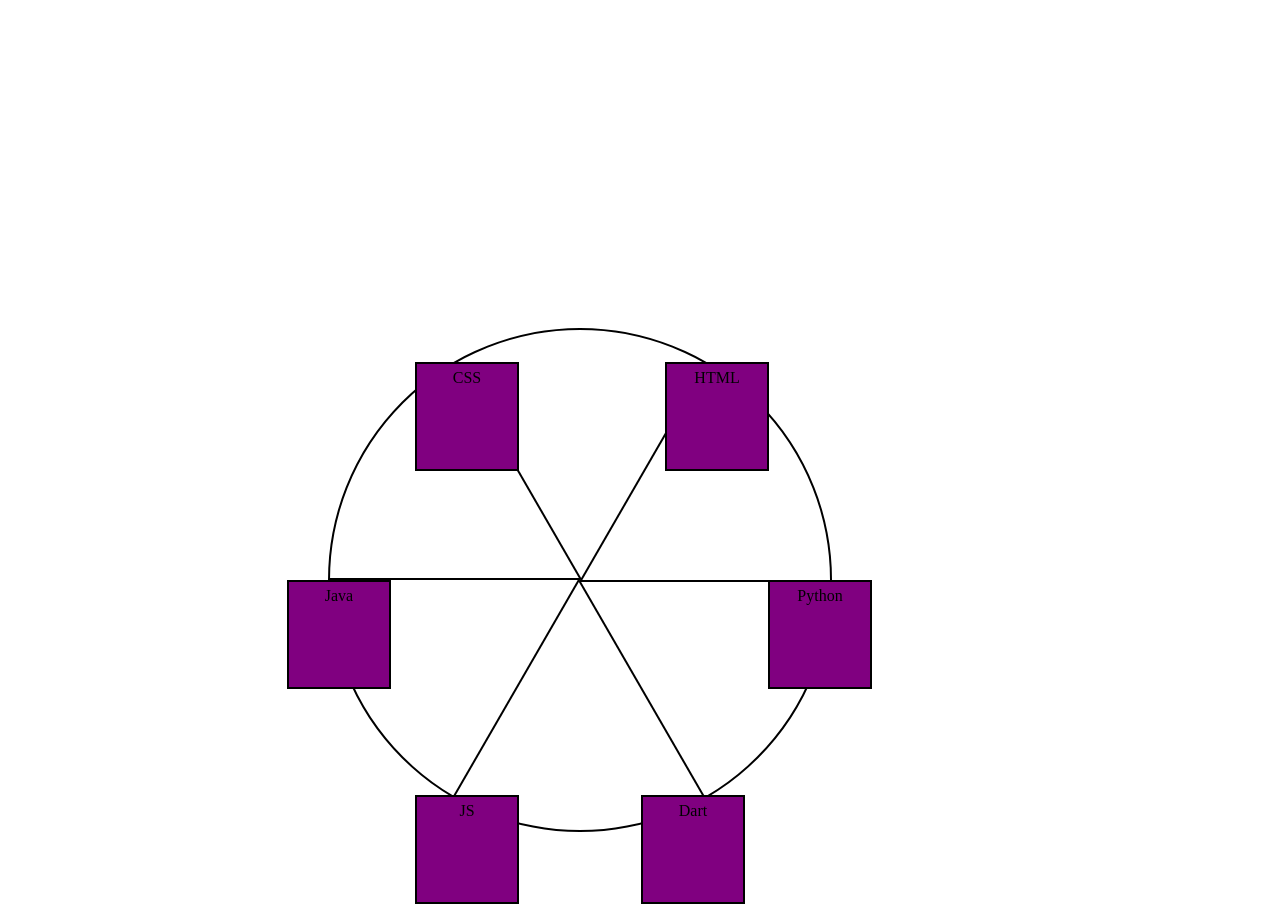
Repository: Lungdjos/ferris_wheel
Page: index.html
The author's editor kept a copy of each file at every save. The page is drawn from the files as they stood at one save, then again after the next save.
The browser window is 1280 px wide. The pictures show the whole page.

Above is the page before, as saved 2024-01-12 11:10:13.

### index.html
<!DOCTYPE html>
<html lang="en">

<head>
    <meta charset="UTF-8">
    <meta name="viewport" content="width=device-width, initial-scale=1.0">
    <title>Ferris Wheel</title>
    <link rel="stylesheet" href="./styles.css">
</head>

<body>
    <div class="wheel">
        <span class="line"></span>
        <span class="line"></span>
        <span class="line"></span>
        <span class="line"></span>
        <span class="line"></span>
        <span class="line"></span>
        <div class="cabin">Java</div>
        <div class="cabin">CSS</div>
        <div class="cabin">HTML</div>
        <div class="cabin">Python</div>
        <div class="cabin">Dart</div>
        <div class="cabin">JS</div>
    </div>

</body>

</html>

### styles.css
    body {
        /* align-items: center; */
        justify-content: center;
    }
    /* styling for the wheel */

    .wheel {
        border: 2px solid black;
        border-radius: 50%;
        margin: 25%;
        position: absolute;
        height: 55vw;
        width: 55vw;
        max-width: 500px;
        max-height: 500px;
        animation-name: wheel;
        animation-duration: 10s;
        animation-iteration-count: infinite;
        animation-timing-function: linear;
    }
    /* styling for the line */

    .line {
        background-color: black;
        height: 2px;
        width: 50%;
        top: 50%;
        left: 50%;
        position: absolute;
        transform-origin: 0% 0%;
    }

    .line:nth-of-type(2) {
        transform: rotate(60deg);
    }

    .line:nth-of-type(3) {
        transform: rotate(120deg);
    }

    .line:nth-of-type(4) {
        transform: rotate(180deg);
    }

    .line:nth-of-type(5) {
        transform: rotate(240deg);
    }

    .line:nth-of-type(6) {
        transform: rotate(-60deg);
    }
    /* styling for the cabin */

    .cabin {
        background-color: red;
        width: 20%;
        height: 20%;
        border: 2px solid;
        position: absolute;
        transform-origin: 50% 0%;
        animation: cabins 10s ease-in-out infinite;
        text-align: center;
        align-items: center;
        padding-top: 1%;
    }

    .cabin:nth-of-type(1) {
        right: -8.5%;
        top: 50%;
    }

    .cabin:nth-of-type(2) {
        right: 17%;
        top: 93.5%;
        background-color: orangered;
    }

    .cabin:nth-of-type(3) {
        right: 67%;
        top: 93.5%;
        background-color: orange;
    }

    .cabin:nth-of-type(4) {
        left: -8.5%;
        top: 50%;
        background-color: blueviolet;
    }

    .cabin:nth-of-type(5) {
        left: 17%;
        top: 7%;
        background-color: plum;
    }

    .cabin:nth-of-type(6) {
        right: 17%;
        top: 7%;
        background-color: purple;
    }
    /* animation styling */
    /* animation for the wheel */

    @keyframes wheel {
        0% {
            transform: rotate(0deg);
        }
        100% {
            transform: rotate(360deg);
        }
    }
    /* animation for the cabins */

    @keyframes cabins {
        0% {
            transform: rotate(0deg);
        }
        25% {
            background-color: yellowgreen;
        }
        50% {
            background-color: purple;
        }
        75% {
            background-color: brown;
        }
        100% {
            transform: rotate(-360deg);
        }
    }

After the next save:
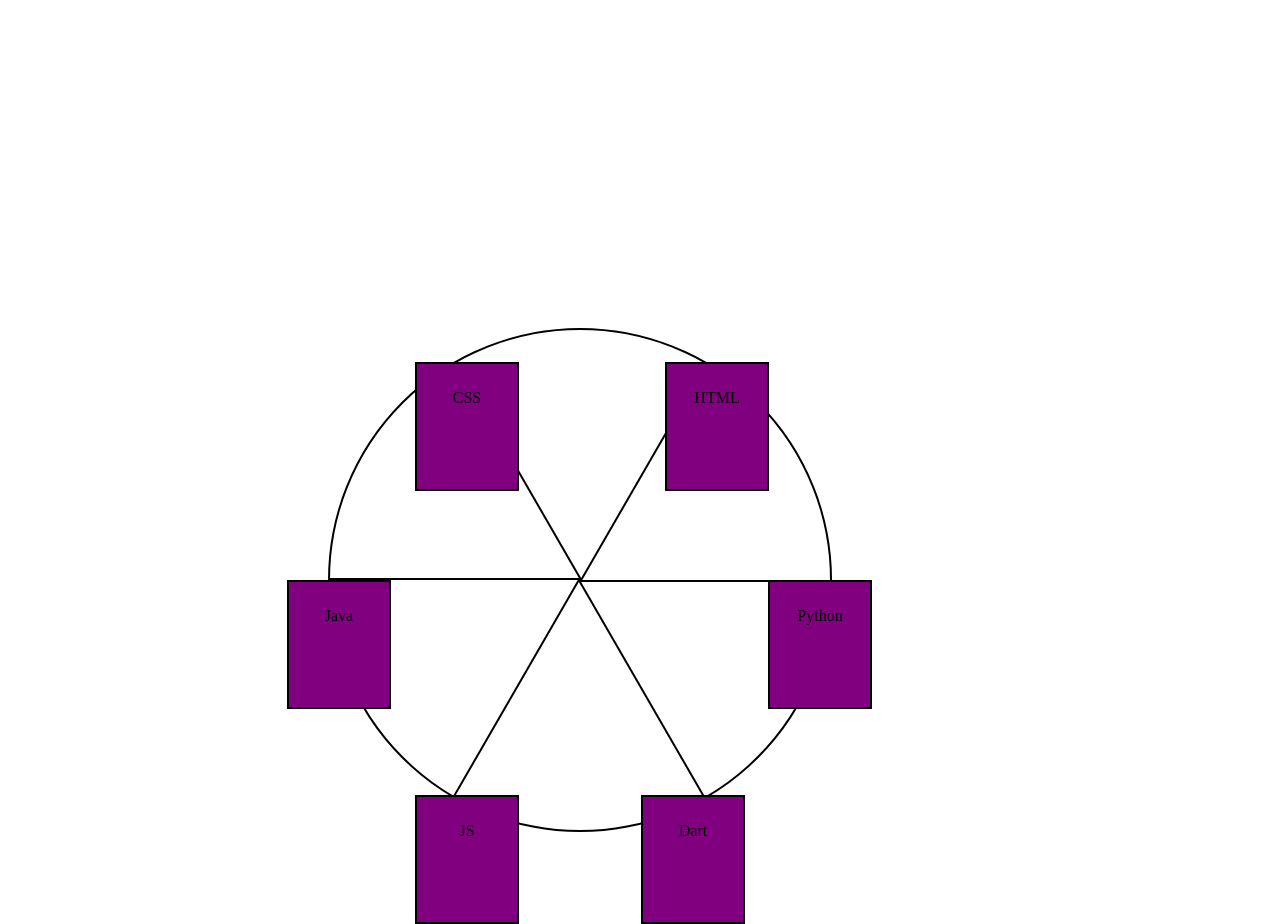
Saved 22 s later.
--- a/styles.css
+++ b/styles.css
@@ -61,7 +61,7 @@
         animation: cabins 10s ease-in-out infinite;
         text-align: center;
         align-items: center;
-        padding-top: 1%;
+        padding-top: 5%;
     }
 
     .cabin:nth-of-type(1) {

After the save that followed:
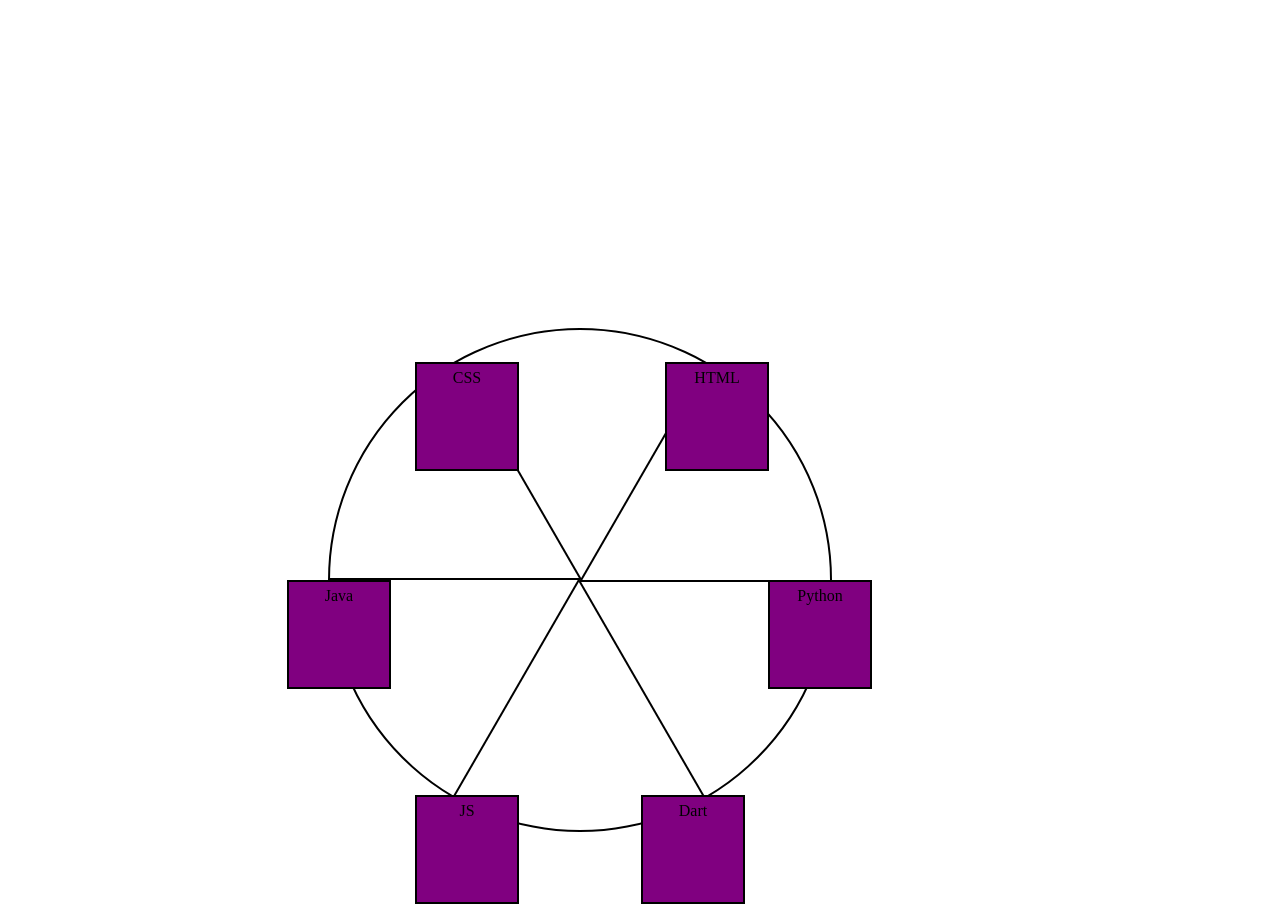
Saved 10 s later.
--- a/styles.css
+++ b/styles.css
@@ -61,7 +61,7 @@
         animation: cabins 10s ease-in-out infinite;
         text-align: center;
         align-items: center;
-        padding-top: 5%;
+        padding-top: 1%;
     }
 
     .cabin:nth-of-type(1) {
